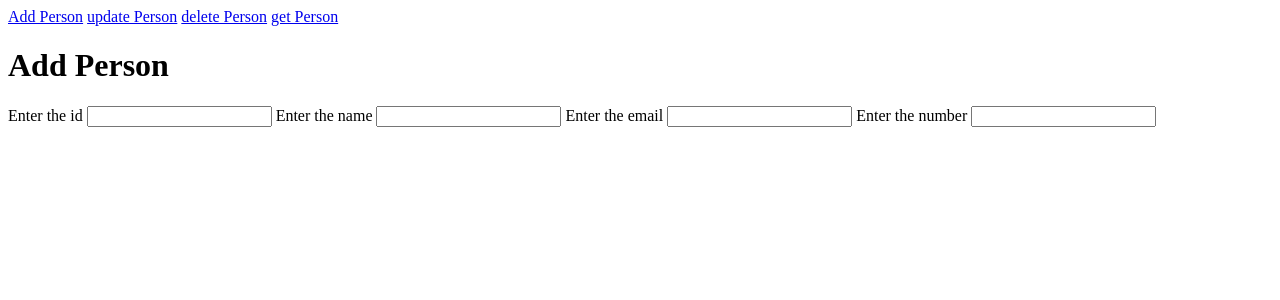
Repository: Anandnand/Web-Application
Page: http://localhost/AddPerson
These files come from the project's save history. The page is drawn as it stood at one moment and after the next save; the edit follows.
The browser window is 1280 px wide. The pictures show the whole page.
The page is this project's Thymeleaf template; nobody is signed in. The template is opened directly, without the code that normally fills it, so the values that code supplies are empty.

Above is the page before, as saved 2024-03-25 11:04:59.

### Student/src/main/resources/templates/AddPerson.html
<!DOCTYPE html>
<html>
<head>
<meta charset="ISO-8859-1">
<title>Insert title here</title>
</head>
<body>

	<div>
		<nav>
			<a href="/api/nav/addPerson" target="_blank">Add Person</a> <a
				href="/api/nav/updatePerson" target="_blank">update Person</a> <a
				href="/api/nav/deletePerson" target="_blank">delete Person</a> <a
				href="/api/nav/getPerson" target="_blank">get Person</a>
		</nav>
	</div>
	<diV>
		<h1>Add Person</h1>
	</diV>

	<div>
	<form action="/api/addPerson" method="post">
    <label>Enter the id</label>
    <input type="text"  name="id"  class="add" />
    <label>Enter the name</label>
    <input type="text"  name="name"  class="add" />
    <label>Enter the email</label>
    <input type="text"  name="email"  class="add" />
    <label>Enter the number</label>
    <input type="text"  name="number"  class="add" />
	</form>
	</div>




</body>
</html>

After the next save:
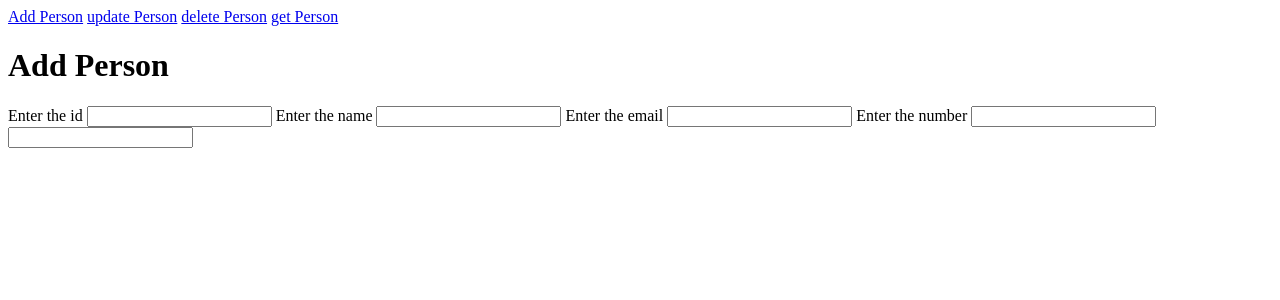
Saved 84 s later.
--- a/Student/src/main/resources/templates/AddPerson.html
+++ b/Student/src/main/resources/templates/AddPerson.html
@@ -28,6 +28,7 @@
     <input type="text"  name="email"  class="add" />
     <label>Enter the number</label>
     <input type="text"  name="number"  class="add" />
+    <input type="sumbit" name="submit"/>
 	</form>
 	</div>
 
